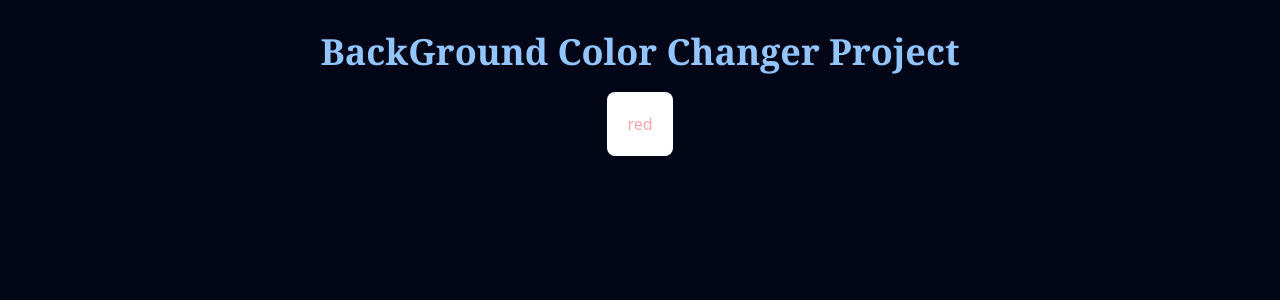
Repository: ChaitanyMishra/react-daily-work
Page: / (app in day-04-react/bg_color_changer/)
These files come from the project's save history. The page is drawn as it stood at one moment and after a run of saves; the edit follows.
The browser window is 1280 px wide. The pictures show the whole page.
The project was rebuilt for these pictures with package versions that can differ from the ones it lists, and the page was loaded fresh each time. Also part of the build but not shown: day-04-react/bg_color_changer/vite.config.js.

Above is the page before, as saved 2025-06-20 16:47:03.

After the next 8 saves:
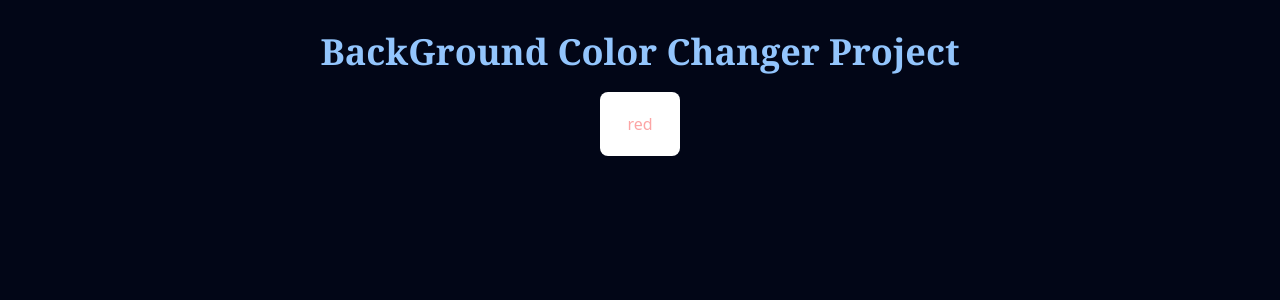
The 8 saves are shown as one change because they came seconds apart.
The last was saved 26 s later.
--- a/day-04-react/bg_color_changer/src/App.jsx
+++ b/day-04-react/bg_color_changer/src/App.jsx
@@ -9,7 +9,7 @@ function App() {
   return (
     <>
     <h1 className='text-4xl font-serif font-bold text-blue-300 '>BackGround Color Changer Project</h1>
-     <button className="bg-white text-red-300 m-5 p-5 rounded-lg w-15">red</button>
+     <button className="bg-white text-red-300 m-5 p-5 rounded-lg w-[5rem]  ">red</button>
     <ColorChangeButton />
     </>
   )
